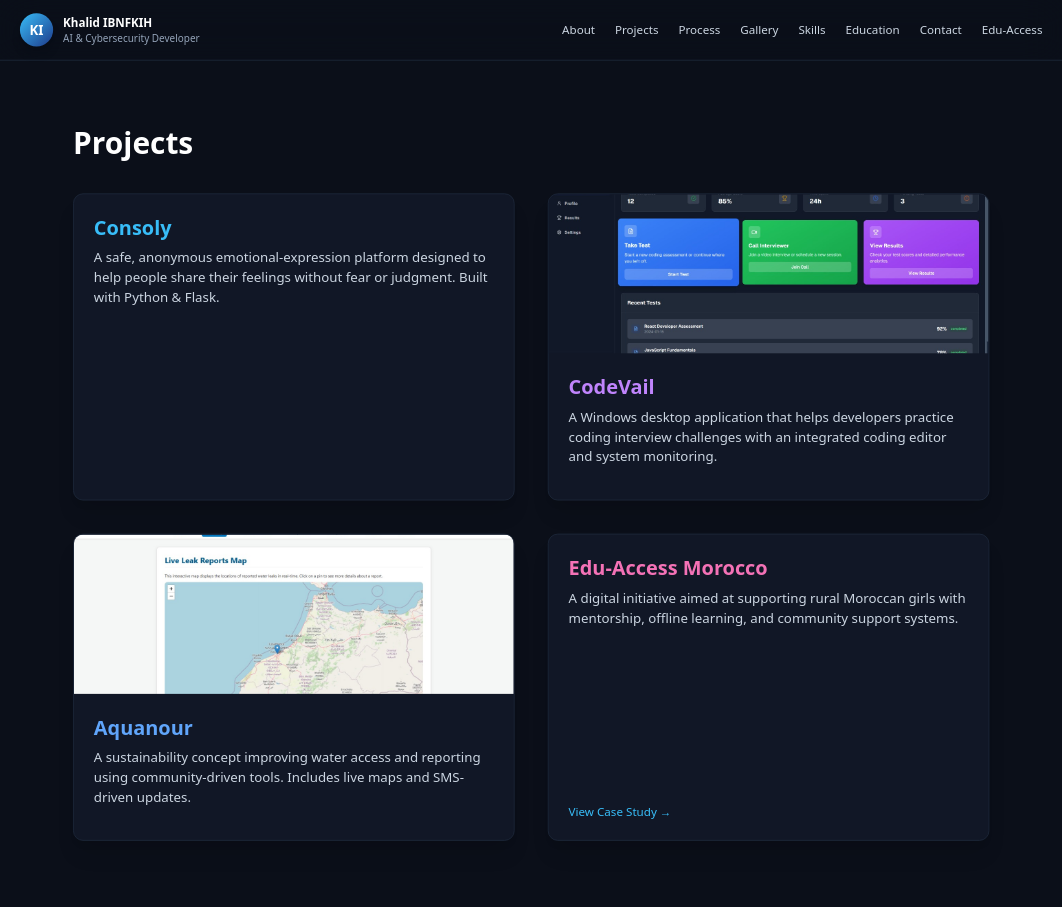
Repository: IBNKHALID06/KhalidAlxPortfolio
Page: /projects
The author's editor kept a copy of each file at every save. The page is drawn from the files as they stood at one save, then again after the next save.
The browser window is 1280 px wide. The pictures show the whole page, at 83% of full size.
The project was rebuilt for these pictures with package versions that can differ from the ones it lists, and the page was loaded fresh each time. Also part of the build but not shown: vite.config.js, src/pages/About.tsx, src/pages/Process.tsx, src/components/ImageBox.tsx, src/pages/Gallery.tsx, src/pages/Skills.tsx, src/pages/Education.tsx, src/pages/Contact.tsx and 1 more.

Above is the page before, as saved 2025-11-30 20:37:52.

After the next save:
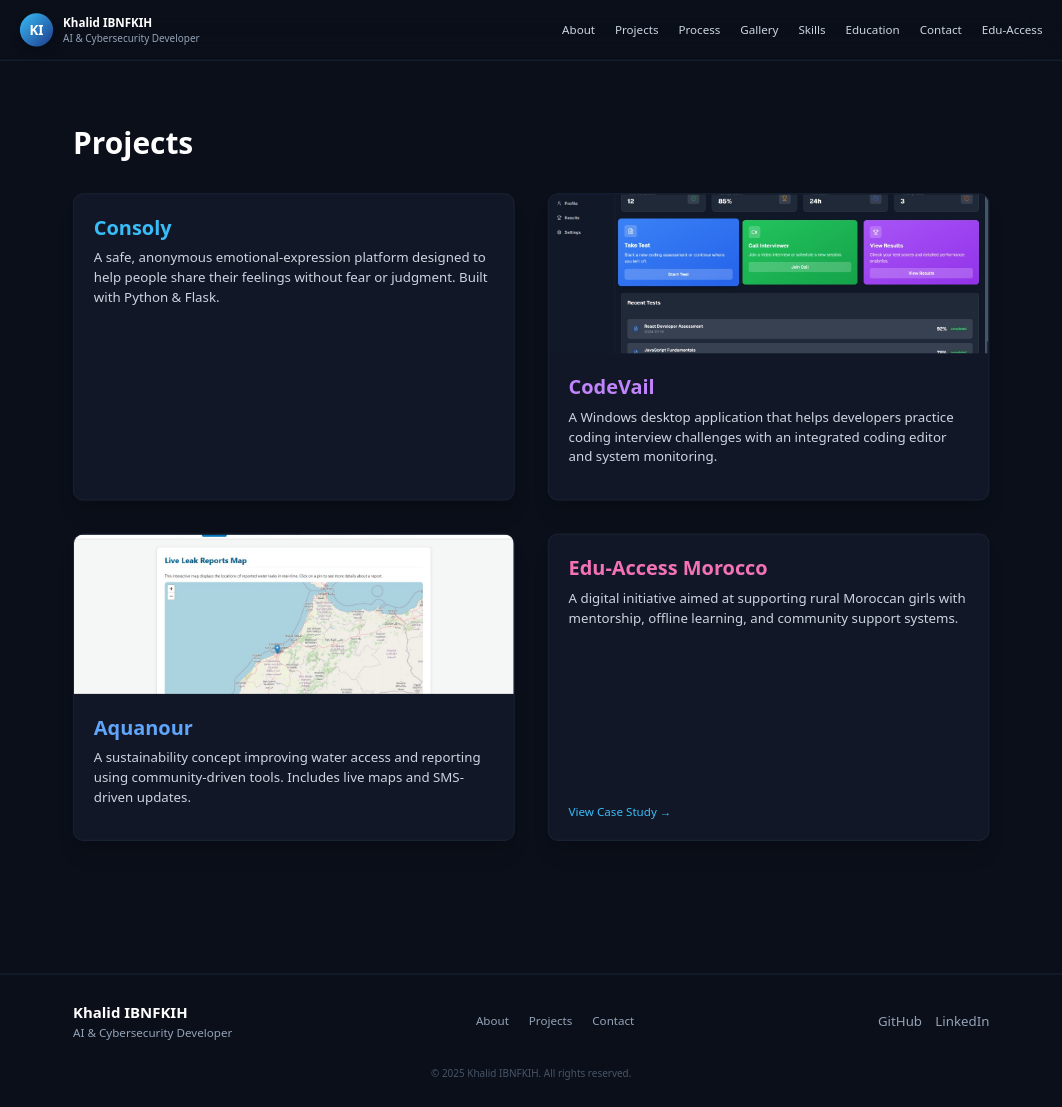
Saved 2 s later.
--- a/src/App.tsx
+++ b/src/App.tsx
@@ -1,5 +1,6 @@
 import { BrowserRouter as Router, Routes, Route, Navigate } from "react-router-dom";
 import Navbar from "./components/Navbar";
+import Footer from "./components/Footer";
 import About from "./pages/About";
 import Projects from "./pages/Projects";
 import Process from "./pages/Process";
@@ -12,9 +13,9 @@ import EduAccess from "./pages/EduAccess";
 function App() {
   return (
     <Router>
-      <div className="min-h-screen bg-[#0b0f19] text-white font-sans">
+      <div className="min-h-screen bg-[#0b0f19] text-white font-sans flex flex-col">
         <Navbar />
-        <main>
+        <main className="flex-grow">
           <Routes>
             <Route path="/" element={<Navigate to="/about" replace />} />
             <Route path="/about" element={<About />} />
@@ -27,6 +28,7 @@ function App() {
             <Route path="/eduaccess" element={<EduAccess />} />
           </Routes>
         </main>
+        <Footer />
       </div>
     </Router>
   );
